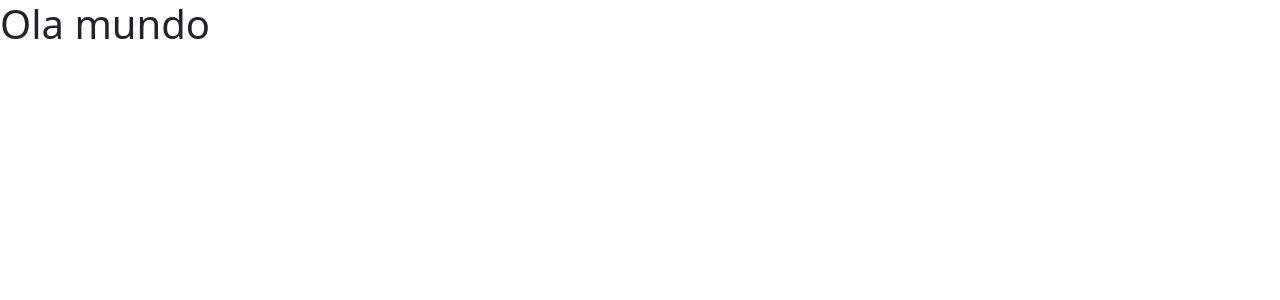
Repository: GabrielAzevedo99/back-end
Page: java-crud/src/main/webapp/index.html
An editor plug-in stored every save of this project. The page is shown before and after the next save, followed by the edit.
The browser window is 1280 px wide. The pictures show the whole page.

Above is the page before, as saved 2022-02-04 23:56:23.

After the next save:
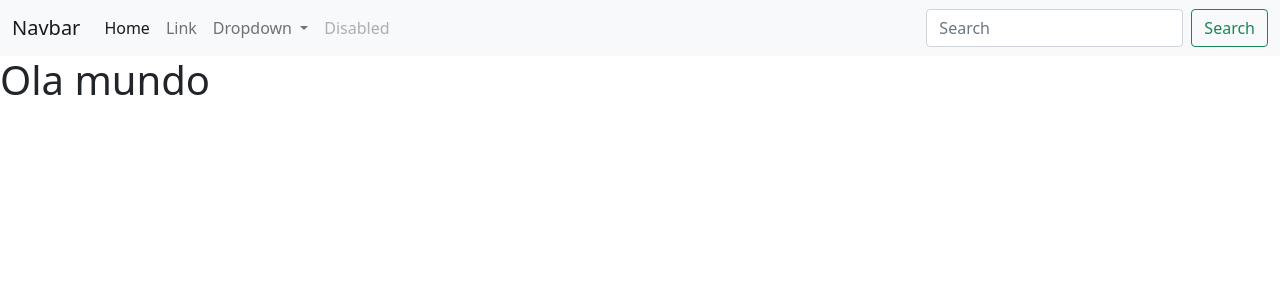
Saved 12 min 36 s later.
--- a/java-crud/src/main/webapp/index.html
+++ b/java-crud/src/main/webapp/index.html
@@ -7,6 +7,42 @@
 <link href="https://cdn.jsdelivr.net/npm/bootstrap@5.1.3/dist/css/bootstrap.min.css" rel="stylesheet" integrity="sha384-1BmE4kWBq78iYhFldvKuhfTAU6auU8tT94WrHftjDbrCEXSU1oBoqyl2QvZ6jIW3" crossorigin="anonymous">
 </head>
 <body>
+<nav class="navbar navbar-expand-lg navbar-light bg-light">
+  <div class="container-fluid">
+    <a class="navbar-brand" href="#">Navbar</a>
+    <button class="navbar-toggler" type="button" data-bs-toggle="collapse" data-bs-target="#navbarSupportedContent" aria-controls="navbarSupportedContent" aria-expanded="false" aria-label="Toggle navigation">
+      <span class="navbar-toggler-icon"></span>
+    </button>
+    <div class="collapse navbar-collapse" id="navbarSupportedContent">
+      <ul class="navbar-nav me-auto mb-2 mb-lg-0">
+        <li class="nav-item">
+          <a class="nav-link active" aria-current="page" href="#">Home</a>
+        </li>
+        <li class="nav-item">
+          <a class="nav-link" href="#">Link</a>
+        </li>
+        <li class="nav-item dropdown">
+          <a class="nav-link dropdown-toggle" href="#" id="navbarDropdown" role="button" data-bs-toggle="dropdown" aria-expanded="false">
+            Dropdown
+          </a>
+          <ul class="dropdown-menu" aria-labelledby="navbarDropdown">
+            <li><a class="dropdown-item" href="#">Action</a></li>
+            <li><a class="dropdown-item" href="#">Another action</a></li>
+            <li><hr class="dropdown-divider"></li>
+            <li><a class="dropdown-item" href="#">Something else here</a></li>
+          </ul>
+        </li>
+        <li class="nav-item">
+          <a class="nav-link disabled">Disabled</a>
+        </li>
+      </ul>
+      <form class="d-flex">
+        <input class="form-control me-2" type="search" placeholder="Search" aria-label="Search">
+        <button class="btn btn-outline-success" type="submit">Search</button>
+      </form>
+    </div>
+  </div>
+</nav>
 <!-- JavaScript Bundle with Popper -->
 <script src="https://cdn.jsdelivr.net/npm/bootstrap@5.1.3/dist/js/bootstrap.bundle.min.js" integrity="sha384-ka7Sk0Gln4gmtz2MlQnikT1wXgYsOg+OMhuP+IlRH9sENBO0LRn5q+8nbTov4+1p" crossorigin="anonymous"></script>
 <h1>Ola mundo</h1>
